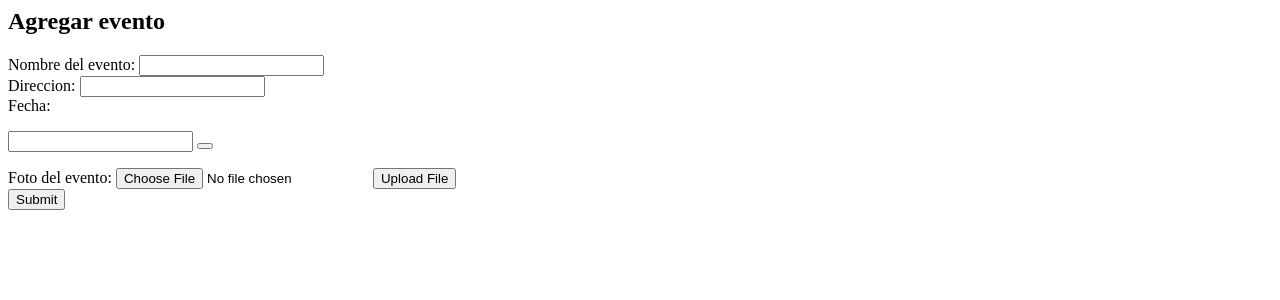
Repository: matucasal/agenda-2018
Page: public/partials/add_event.html
The author's editor kept a record of every edit. The page is drawn from the files as they stood at one moment, then again after the next edit.
The browser window is 1280 px wide. The pictures show the whole page.

Above is the page before.

After the next edit:
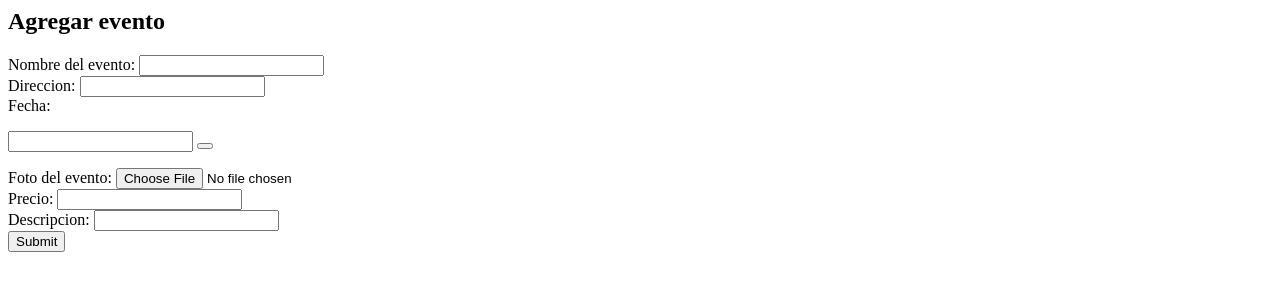
The edit:
--- a/public/partials/add_event.html
+++ b/public/partials/add_event.html
@@ -34,7 +34,17 @@
         <div class="form-group">
             <label for="foto">Foto del evento:</label>
             <input type = "file" file-model = "myFile"/>
-            <button ng-click = "uploadFile()">Upload File</button>
+        </div>
+
+
+         <div class="form-group">
+            <label for="precio">Precio:</label>
+            <input type="number" class="form-control" id="precio">
+        </div>
+
+         <div class="form-group">
+            <label for="descripcion">Descripcion:</label>
+            <input type="text" class="form-control" id="descripcion">
         </div>
 
 
